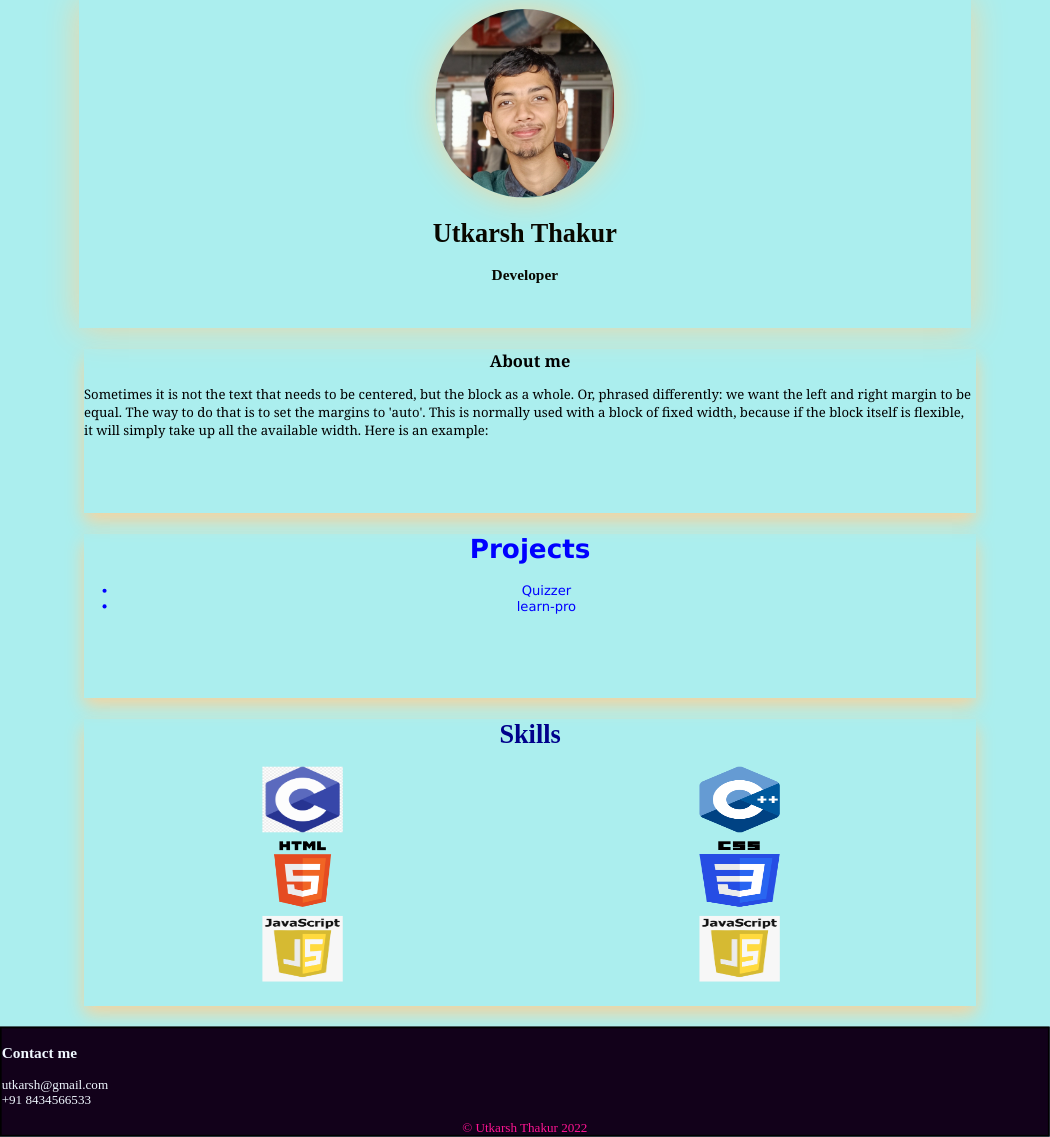
Repository: UtkarshThakur321/Utkarsh-Thakur-Profile
Page: index.html
An editor plug-in stored every save of this project. The page is shown before and after the next save, followed by the edit.
The browser window is 1280 px wide. The pictures show the whole page, at 82% of full size.

Above is the page before, as saved 2022-01-23 00:19:58.
Not found: main.js

### index.html
<!DOCTYPE html>
<html>
<head>
    <meta charset='utf-8'>
    <meta http-equiv='X-UA-Compatible' content='IE=edge'>
    <title>Page Title</title>
    <meta name='viewport' content='width=device-width, initial-scale=1'>
    <link rel='stylesheet' type='text/css' media='screen' href="index.css">
    <script src='main.js'></script>
</head>
<body>
    <div id="main">
    <!-- <div id="nav">
        <h1>My Resume</h1>
    </div> -->
    <center>
        <div id="intro">
            <div id="profileImage">
                 <img src="./Utkarsh_dp.jpg" alt="DP_Utkarsh__Thakur"
                 width="180" height="170">
            </div>
            <div id="profileName">
                <h1>Utkarsh Thakur</h1>
                <h3>Developer</h3>
            </div>

            <div>


             </div>
        </div>
    </center>



  <div id="aboutMe">
    <div id="aboutMeHeading">
        About me
    </div>
    <div id="aboutMeContent">
        <p>
            Sometimes it is not the text that needs to be centered, but the block as a whole. Or, phrased differently: we want the left and right margin to be equal. The way to do that is to set the margins to 'auto'. This is normally used with a block of fixed width, because if the block itself is flexible, it will simply take up all the available width. Here is an example:
        </p>
    </div>
  </div>



<div id="projects">
    <h1>Projects</h1>
    <ul>
        <li>Quizzer</li>
        <li>learn-pro</li>
    </ul>
</div>



    <div id="skills">
        <h1>Skills</h1>
        <div class="skillsContent">
            <img src="c_programming.png" alt="c_programming">
        </div>
        <div class="skillsContent">
            <img src="./c++_programming.png" alt="c++_programming">
        </div>
        <div class="skillsContent">
            <img src="./html.png" alt="html">
        </div>
        <div class="skillsContent">
            <img src="./CSS3.png" alt="css3">
        </div>
        <div class="skillsContent">
            <img src="./js.png" alt="js">
        </div>
        <div class="skillsContent">
            <img src="./js.png" alt="js">
        </div>

    </div>

    <div id="footer">
        <div id="footerContent">
            <h3>Contact me</h3>
        <p>
            utkarsh@gmail.com<br>
            +91 8434566533

        </p>
            <div id="copyright">
         &copy; Utkarsh Thakur 2022
            </div>
        </div>
        </div>

    </div>



</body>
</html>

### index.css
body{
    width:100%;
    margin:0px;
    background-color: rgb(171, 238, 238);

}


#intro{
    /* background-image:url("./bg.jpg"); */
    /* background-color: rgb(190, 243, 243); */
    height: 400px;
    width:85%;
    box-shadow: 0px 0px 40px rgb(245, 212, 159);
    margin-bottom: 2%;

}


#profileImage>img{
    margin-top: 1%;
    height:230px;
    width:20%;
    border-radius: 180px;
    box-shadow: 0px 0px 40px rgb(245, 212, 159);
}
#profileName{
    color:rgb(8, 8, 0);
    font-family: cursive;
}

#aboutMe{
    width:85%;
    height:200px;
    /* border:2px solid green; */
    margin-left:8%;
    box-shadow: 0px 10px 20px rgb(245, 212, 159);
    margin-bottom: 2%;
}


#aboutMeHeading{
    text-align:center;
    font-family: Georgia, 'Times New Roman', Times, serif;
    font-size:20px;
    font-weight: bold;
}
#aboutMeContent{

    font-family: Georgia, 'Times New Roman', Times, serif;
    font-size:16px;

}

#projects{
    width:85%;
        height:200px;
        /* border:2px solid green; */
        margin-left:8%;
        box-shadow: 0px 10px 20px rgb(245, 212, 159);
    font-family: Verdana, Geneva, Tahoma, sans-serif;
    color:blue;
    text-align: center;
    margin-bottom: 2%;

}



#skills{
        width:85%;
        height:350px;
        /* border:2px solid green; */
        margin-left:8%;
        box-shadow: 0px 10px 20px rgb(245, 212, 159);
        margin-bottom: 2%;

}

#skills{
    color:darkblue;
    font-weight: 400;
    text-align: center;

}
.skillsContent{
    height:80px;
    margin:0% 2% 1%;
    width:45%;
    float:left;
    /* border:2px solid blue; */
}
.skillsContent>img{
    height:80px;
    width:20%;
}



#nav{
    height:50px;
    display:content;
    text-align: center;
    font-weight: 900;
    color:black;}
    /* text-align: center;
    font-family: Verdana, Geneva, Tahoma, sans-serif;
} */



.img{
    height:10px;
    width:10%;
}

#footer{
    background-color: rgb(18, 1, 26);
}
#footerContent{
    border:2px solid black;
    color:aliceblue;

}

/* #footer{
    text-align: center;
} */
#copyright{
    text-align: center;
    color:deeppink
}

After the next save:
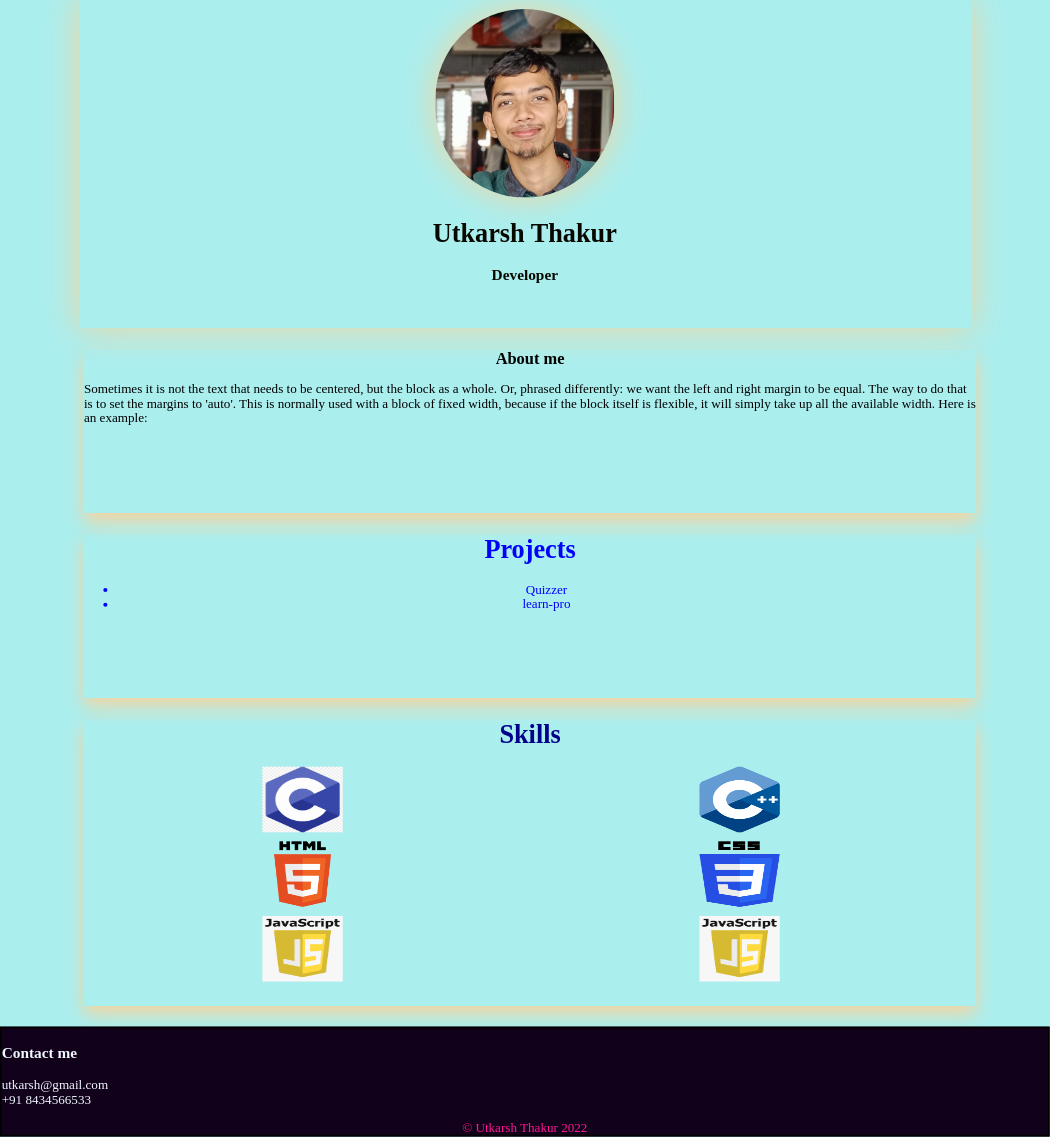
Saved 70 s later.
--- a/index.css
+++ b/index.css
@@ -41,14 +41,14 @@ body{
 
 #aboutMeHeading{
     text-align:center;
-    font-family: Georgia, 'Times New Roman', Times, serif;
+    font-family:cursive;
     font-size:20px;
     font-weight: bold;
 }
 #aboutMeContent{
 
-    font-family: Georgia, 'Times New Roman', Times, serif;
-    font-size:16px;
+    font-family:cursive;
+        font-size:16px;
 
 }
 
@@ -58,8 +58,7 @@ body{
         /* border:2px solid green; */
         margin-left:8%;
         box-shadow: 0px 10px 20px rgb(245, 212, 159);
-    font-family: Verdana, Geneva, Tahoma, sans-serif;
-    color:blue;
+        font-family:cursive;    color:blue;
     text-align: center;
     margin-bottom: 2%;
 
